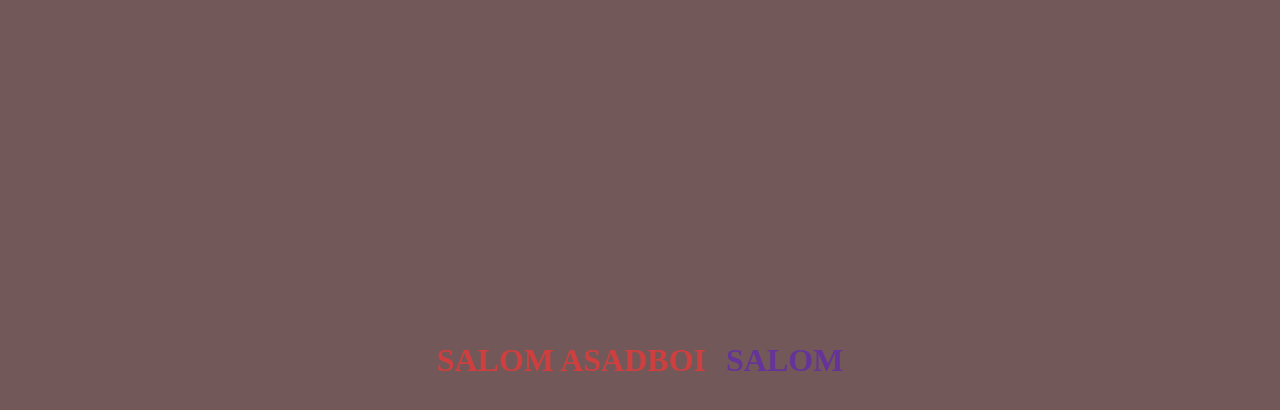
Repository: KHANas02/CACTUS
Page: index.html
An editor plug-in stored every save of this project. The page is shown before and after the next save, followed by the edit.
The browser window is 1280 px wide. The pictures show the whole page.

Above is the page before, as saved 2024-02-21 17:46:13.

After the next save:
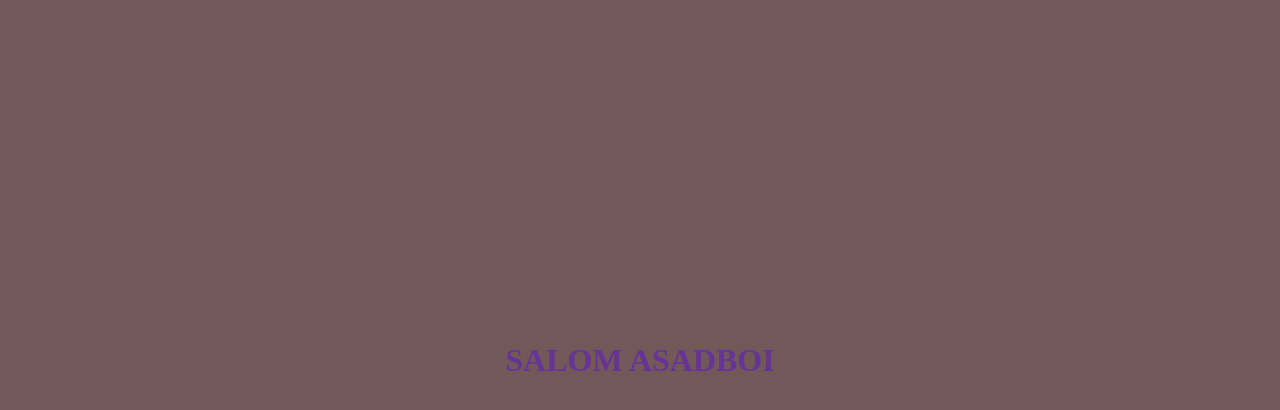
Saved 4 s later.
--- a/index.html
+++ b/index.html
@@ -10,7 +10,7 @@
     <div class="conteiner">
 
 <h1>SALOM ASADBOI</h1>
-<h1>SALOM
+
 
 
 
